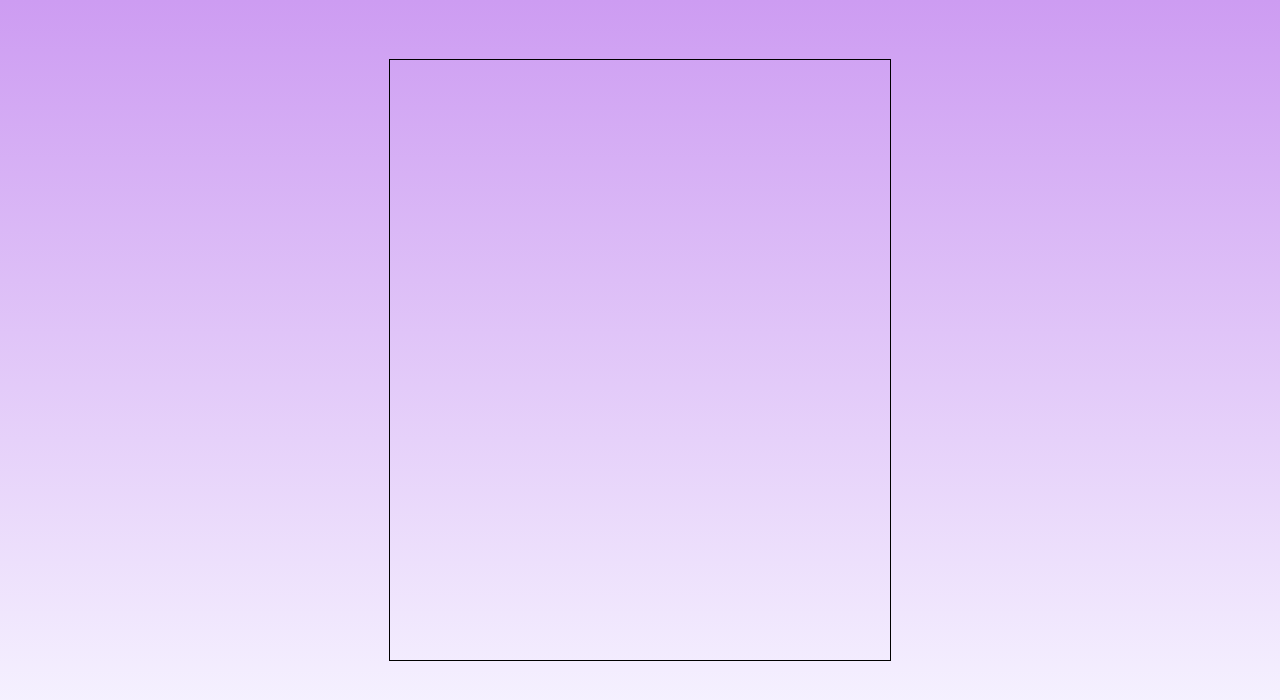
Repository: gyypwrs/css-practice
Page: 毛玻璃/index.html
The author's editor kept a copy of each file at every save. The page is drawn from the files as they stood at one save, then again after the next save.
The browser window is 1280 px wide. The pictures show the whole page.

Above is the page before, as saved 2022-05-05 16:41:28.

After the next save:
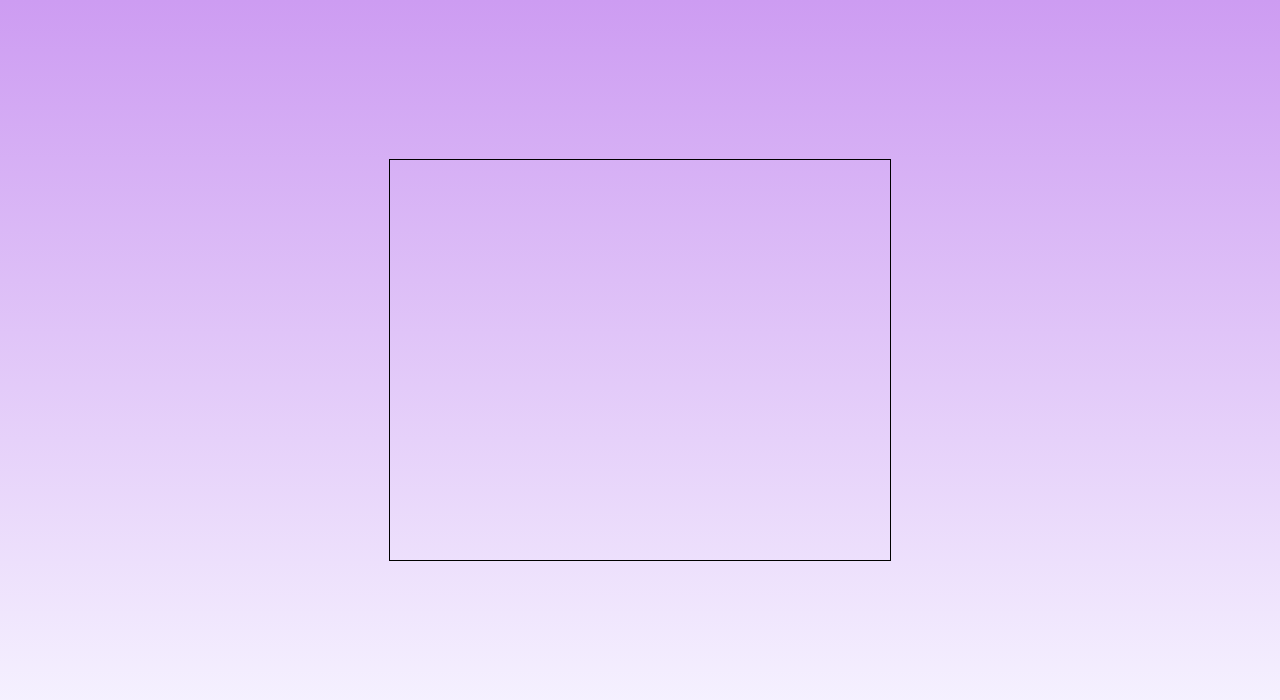
Saved 16 s later.
--- a/毛玻璃/index.html
+++ b/毛玻璃/index.html
@@ -26,7 +26,7 @@
      }
      .box {
        width: 500px;
-       height: 600px;
+       height: 400px;
        margin: auto;
        border: 1px solid black;
      }
